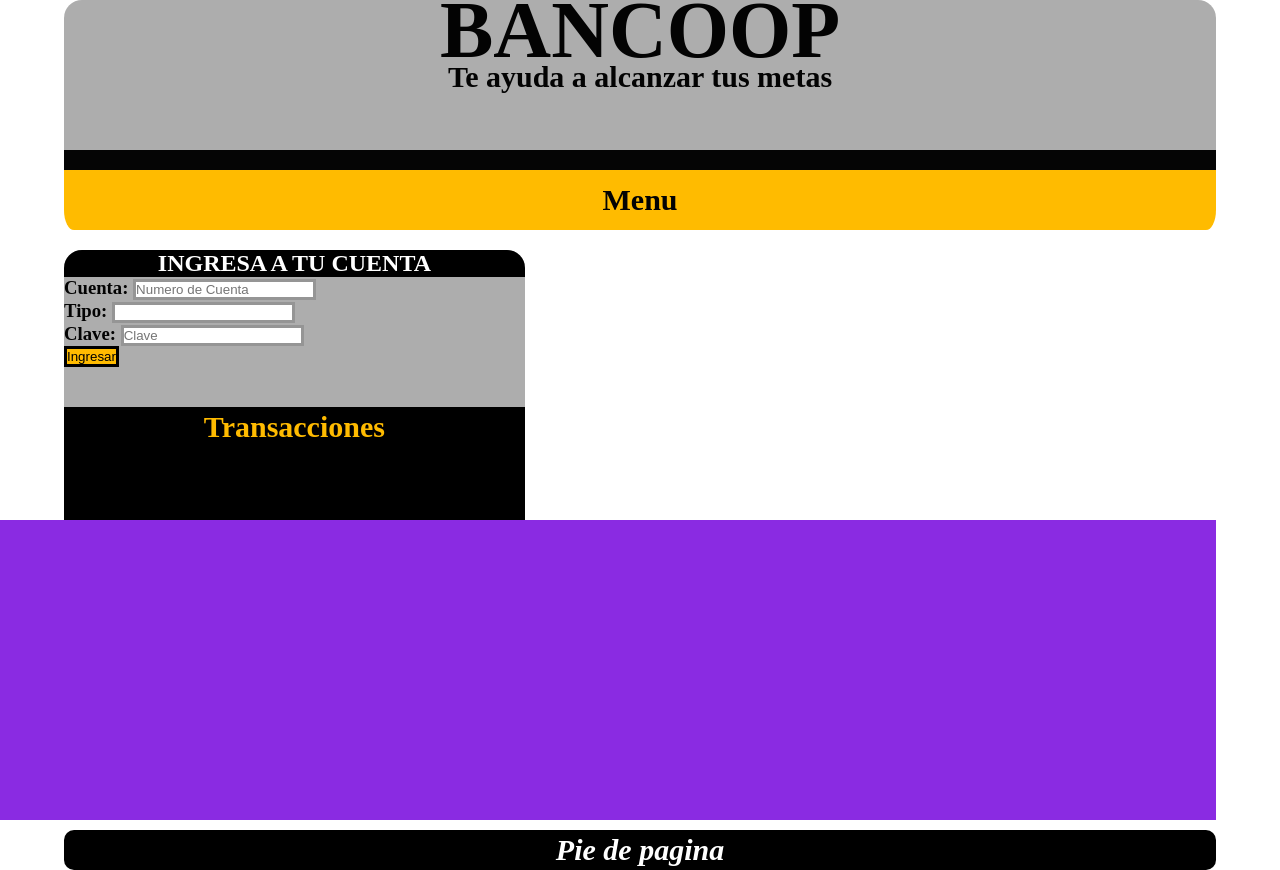
Repository: NickArregoces/BANCOOP
Page: Index.html
These files come from the project's save history. The page is drawn as it stood at one moment and after the next save; the edit follows.
The browser window is 1280 px wide. The pictures show the whole page.

Above is the page before, as saved 2021-09-29 17:18:46.

After the next save:
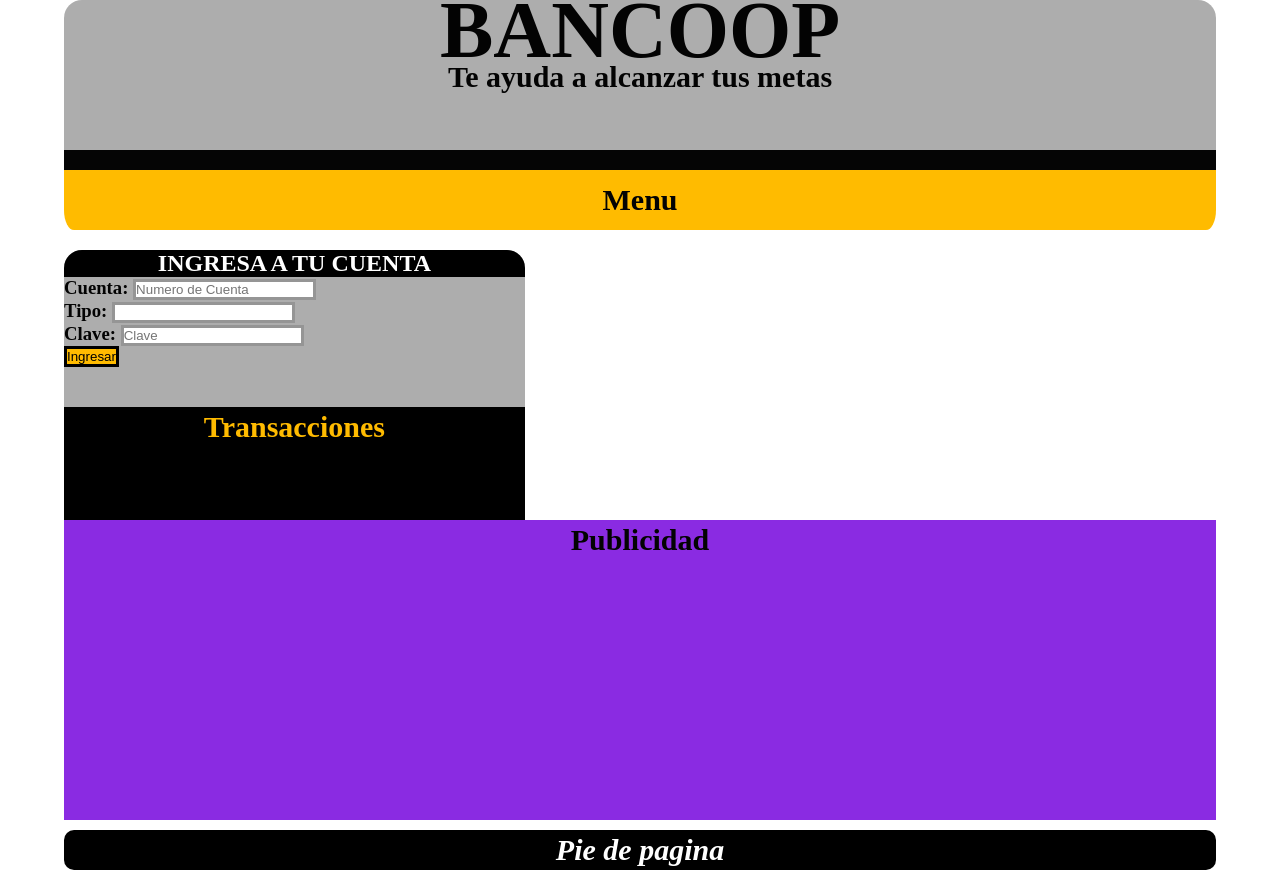
Saved 4 s later.
--- a/CSS/Style.css
+++ b/CSS/Style.css
@@ -85,7 +85,7 @@ article {
 
     }
 aside{
-    width: 1000%;
+    width: 100%;
     height: 300px;
     background: blueviolet;
     margin-top: 10px;
